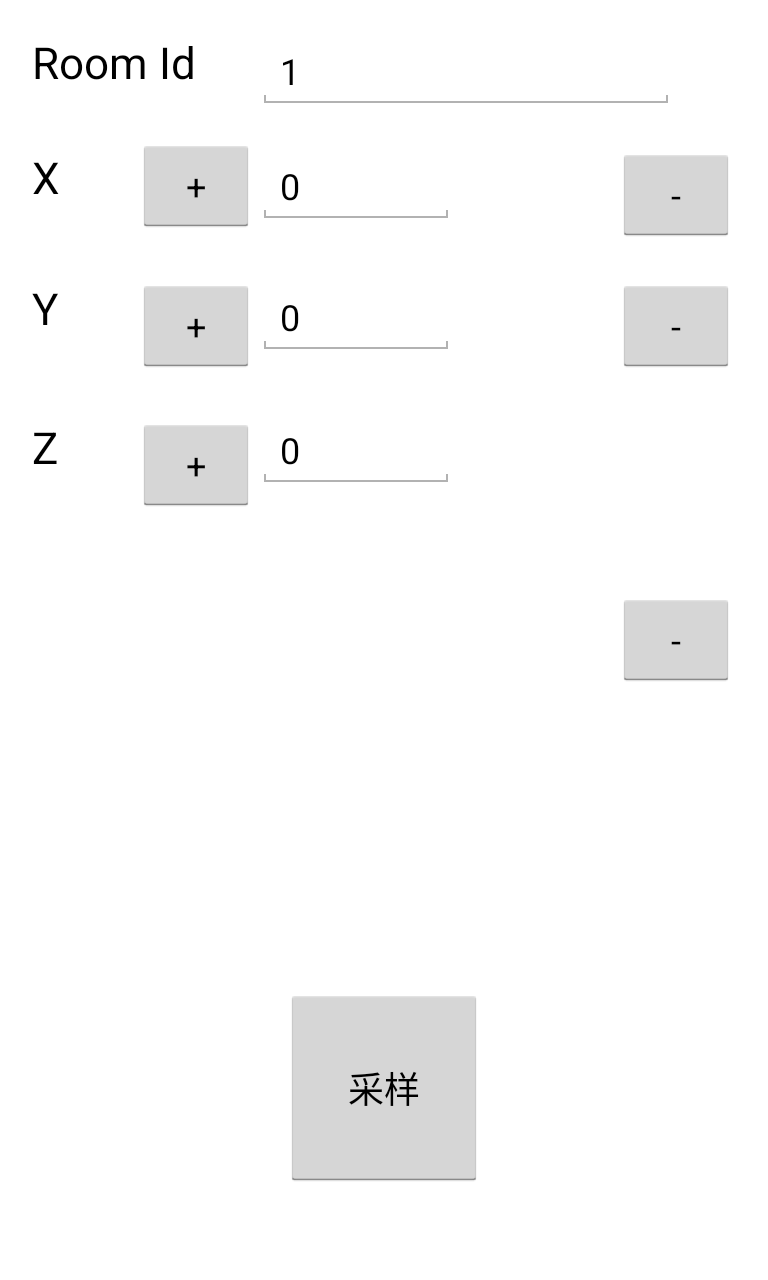
Repository: RenchuSong/tMap_Android
Layout: tmap_model_tool/res/layout/wifi_conllector.xml
The author's editor kept a copy of each file at every save. The layout is drawn from the files as they stood at one save, then again after the next save.
It is drawn on a 768 x 1280 px phone screen (xhdpi) without system bars, with theme AppTheme; the app's code is not run.

Above is the layout before, as saved 2014-04-20 11:53:27.

### tmap_model_tool/res/layout/wifi_conllector.xml
<RelativeLayout xmlns:android="http://schemas.android.com/apk/res/android"
    xmlns:tools="http://schemas.android.com/tools"
    android:layout_width="match_parent"
    android:layout_height="match_parent"
    android:paddingBottom="@dimen/activity_vertical_margin"
    android:paddingLeft="@dimen/activity_horizontal_margin"
    android:paddingRight="@dimen/activity_horizontal_margin"
    android:paddingTop="@dimen/activity_vertical_margin"
    tools:context=".WifiCollector" >

    <TextView
        android:id="@+id/textView1"
        android:layout_width="wrap_content"
        android:layout_height="wrap_content"
        android:layout_alignParentLeft="true"
        android:layout_alignParentTop="true"
        android:text="Room Id"
        android:textAppearance="?android:attr/textAppearanceLarge" />

    <TextView
        android:id="@+id/textView2"
        android:layout_width="wrap_content"
        android:layout_height="wrap_content"
        android:layout_alignLeft="@+id/textView1"
        android:layout_below="@+id/textView1"
        android:layout_marginTop="28dp"
        android:text="X"
        android:textAppearance="?android:attr/textAppearanceLarge" />

    <TextView
        android:id="@+id/textView3"
        android:layout_width="wrap_content"
        android:layout_height="wrap_content"
        android:layout_alignLeft="@+id/textView2"
        android:layout_below="@+id/textView2"
        android:layout_marginTop="36dp"
        android:text="Y"
        android:textAppearance="?android:attr/textAppearanceLarge" />

    <TextView
        android:id="@+id/textView4"
        android:layout_width="wrap_content"
        android:layout_height="wrap_content"
        android:layout_alignLeft="@+id/textView3"
        android:layout_below="@+id/textView3"
        android:layout_marginTop="40dp"
        android:text="Z"
        android:textAppearance="?android:attr/textAppearanceLarge" />

    <EditText
        android:id="@+id/roomId"
        android:layout_width="wrap_content"
        android:layout_height="wrap_content"
        android:layout_marginLeft="30dp"
        android:layout_toRightOf="@+id/textView1"
        android:ems="10"
        android:text="1" >

    </EditText>

    <EditText
        android:id="@+id/x"
        android:layout_width="100dp"
        android:layout_height="wrap_content"
        android:layout_alignLeft="@+id/roomId"
        android:layout_alignTop="@+id/textView2"
        android:ems="10"
        android:text="0"  />

    <EditText
        android:id="@+id/y"
        android:layout_width="100dp"
        android:layout_height="wrap_content"
        android:layout_alignLeft="@+id/x"
        android:layout_alignTop="@+id/textView3"
        android:ems="10"
        android:text="0" >

    </EditText>

    <EditText
        android:id="@+id/z"
        android:layout_width="100dp"
        android:layout_height="wrap_content"
        android:layout_alignBaseline="@+id/textView4"
        android:layout_alignBottom="@+id/textView4"
        android:layout_alignLeft="@+id/y"
        android:ems="10"
        android:text="0" />

    <Button
        android:id="@+id/scan"
        android:layout_width="100dp"
        android:layout_height="100dp"
        android:layout_alignParentBottom="true"
        android:layout_centerHorizontal="true"
        android:layout_marginBottom="30dp"
        android:text="采样" />

    <Button
        android:id="@+id/up_x"
        android:layout_width="60dp"
        android:layout_height="wrap_content"
        android:layout_alignBaseline="@+id/x"
        android:layout_alignBottom="@+id/x"
        android:layout_toLeftOf="@+id/x"
        android:text="+" />

    <Button
        android:id="@+id/up_y"
        android:layout_width="60dp"
        android:layout_height="wrap_content"
        android:layout_alignLeft="@+id/up_x"
        android:layout_alignTop="@+id/y"
        android:text="+" />

    <Button
        android:id="@+id/up_z"
        android:layout_width="60dp"
        android:layout_height="wrap_content"
        android:layout_alignLeft="@+id/up_y"
        android:layout_alignTop="@+id/textView4"
        android:text="+" />

    <Button
        android:id="@+id/down_x"
        android:layout_width="60dp"
        android:layout_height="wrap_content"
        android:layout_alignParentRight="true"
        android:layout_alignTop="@+id/x"
        android:text="-" />

    <Button
        android:id="@+id/down_y"
        android:layout_width="60dp"
        android:layout_height="wrap_content"
        android:layout_alignParentRight="true"
        android:layout_alignTop="@+id/y"
        android:text="-" />

    <Button
        android:id="@+id/down_z"
        android:layout_width="60dp"
        android:layout_height="wrap_content"
        android:layout_alignParentRight="true"
        android:layout_centerVertical="true"
        android:text="-" />

</RelativeLayout>

Loaded but not shown: tmap_model_tool/res/values/styles.xml (common file); tmap_model_tool/res/values-v11/styles.xml (common file); tmap_model_tool/res/values-v14/styles.xml (common file); tmap_model_tool/res/values/dimens.xml (common file)

After the next save:
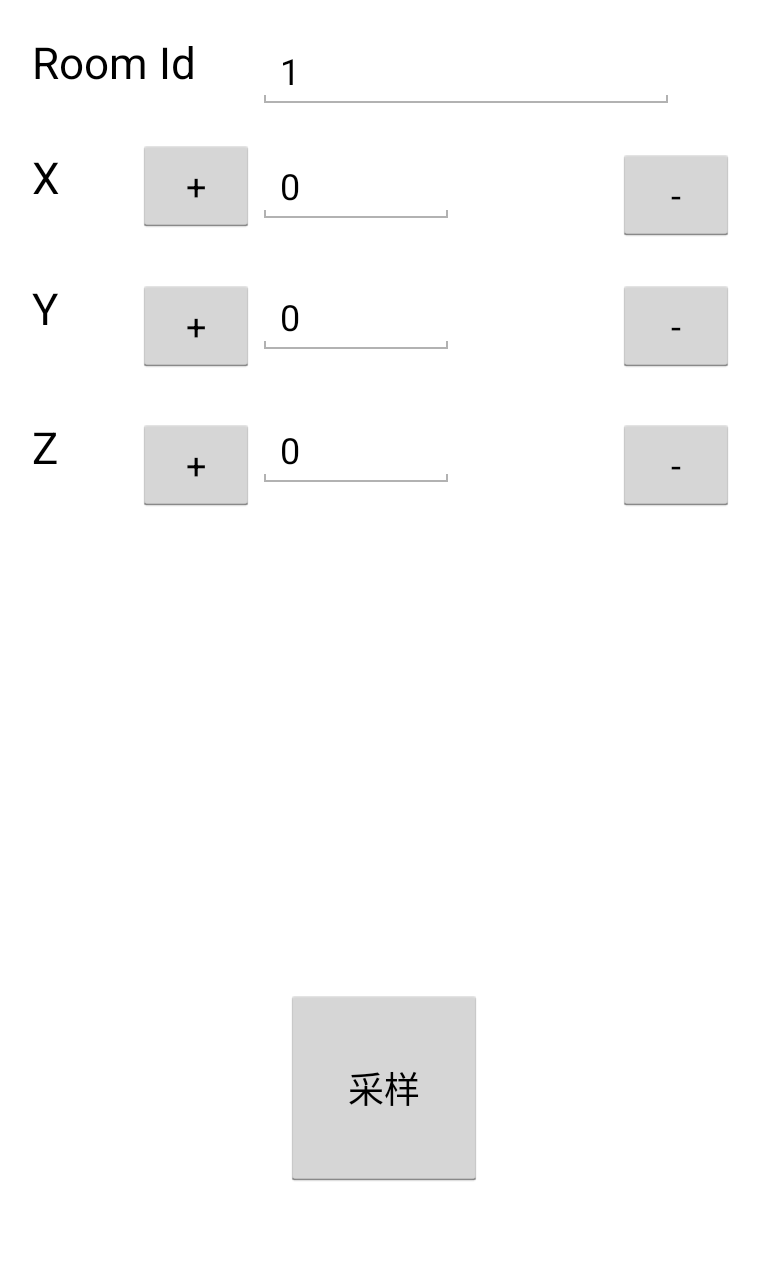
Saved 12 s later.
--- a/tmap_model_tool/res/layout/wifi_conllector.xml
+++ b/tmap_model_tool/res/layout/wifi_conllector.xml
@@ -142,8 +142,9 @@
         android:id="@+id/down_z"
         android:layout_width="60dp"
         android:layout_height="wrap_content"
-        android:layout_alignParentRight="true"
-        android:layout_centerVertical="true"
+        android:layout_alignBaseline="@+id/up_z"
+        android:layout_alignBottom="@+id/up_z"
+        android:layout_alignLeft="@+id/down_y"
         android:text="-" />
 
 </RelativeLayout>
